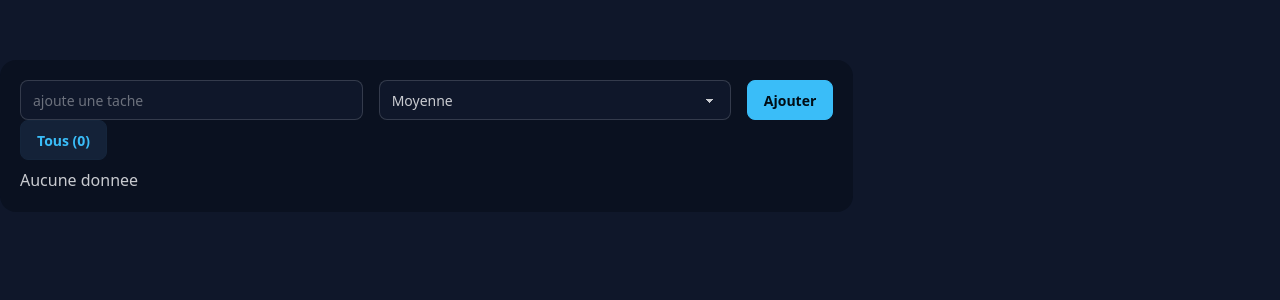
Repository: gradi243/react_ex_tuto
Page: /
These files come from the project's save history. The page is drawn as it stood at one moment and after a run of saves; the edit follows.
The browser window is 1280 px wide. The pictures show the whole page.
The project was rebuilt for these pictures with package versions that can differ from the ones it lists, and the page was loaded fresh each time. Also part of the build but not shown: vite.config.ts, src/TodoItem.tsx.

Above is the page before, as saved 2025-09-14 03:32:56.

### index.html
<!doctype html>
<html lang="en" data-theme="night">
  <head>
    <meta charset="UTF-8" />
    <link rel="icon" type="image/svg+xml" href="/vite.svg" />
    <meta name="viewport" content="width=device-width, initial-scale=1.0" />
    <title>Vite + React + TS</title>
  </head>
  <body>
    <div id="root"></div>
    <script type="module" src="/src/main.tsx"></script>
  </body>
</html>

### src/index.css
@import "tailwindcss";
@plugin "daisyui";

 @plugin "daisyui" {
   themes:night;
 }
/* You can add global styles to this file, and also import other style files */

### src/App.tsx
import { useEffect, useState } from "react";
import TodoItem from "./TodoItem";


type Priority="Urigente"|"Moyenne"|"Basse"

type Todo={
  id: number;
  text:string;
  priority:Priority
}


function App(){
  const[input,setInput]=useState<string>("")
  const[priority,setPriority]= useState<Priority>("Moyenne")


  const savedTodos=localStorage.getItem("todos")
  const  initialTodos=savedTodos?JSON.parse(savedTodos):[]
  const [todos,setTodos]=useState<Todo[]>(initialTodos)

  const [filtere,setFilter]=useState<Priority |"Tous">("Tous")

  useEffect(() => {
    localStorage.setItem("todos",JSON.stringify(todos))
  },[todos])

  function addTodo(){
    if(input.trim()==""){
       return
    }

    const newTodo:Todo={
      id:Date.now(),
      text:input.trim(),
      priority:priority
    }

    const newtodos=[newTodo,...todos]
    setTodos(newtodos)
    setInput("")
    setPriority("Moyenne")
    console.log(newtodos)

  }


  let filteredTodos: Todo[] = [];

    if (filtere === "Tous") {
    filteredTodos = todos;
  } else {
    filteredTodos = todos.filter((todo) => todo.priority === filtere);
  }

  const urigentecount1= todos.filter((todo)=>todo.priority==="Urigente").length
  const moyennecount1= todos.filter((todo)=>todo.priority==="Moyenne").length
  const bassecount1= todos.filter((todo)=>todo.priority==="Basse").length
  const totalcount1=todos.length
  return(
    <div className="flex justify-cente">
      <div className="w-2/3 flex-col gap-4 my-15 bg-base-300 p-5 rounded-2xl">
        <div className="flex gap-4">
          <input
          type="text"
          className="input w-full"
          placeholder="ajoute une tache"
          value={input}
         onChange={(e)=>setInput(e.target.value)}
          />

          <select
          className="select w-full"
          value={priority}
          onChange={(e)=>setPriority(e.target.value as Priority)}
          >
            <option value="Urigente">Urigente</option>
            <option value="Moyenne">Moyenne</option>
            <option value="Basse">Basse</option>
          </select>

          <button onClick={addTodo} className="btn btn-primary">Ajouter</button>
        </div>
        <div className="space-y-2 flex-1 h-fit">
          <div className="flex flex-wrap gap-4">
            <button
              className={`btn btn-soft ${filtere=== "Tous" ? "btn-primary" :""}`}
              onClick={()=> setFilter("Tous")}
            >
              Tous ({totalcount1})
            </button>
          </div>
              {filteredTodos.length > 0 ?(
                <ul className="divide-y divide-primary-20">
                  {filteredTodos.map((todo)=>(
                    <li key={todo.id}>
                      <TodoItem todo={todo}/>
                    </li>
                  ))}
                </ul>
              ):(
                <div>Aucune donnee</div>
              )}
        </div>
      </div>
    </div>
  )
}

export default App

Loaded but not shown: src/main.tsx (common file)

After the next 3 saves:
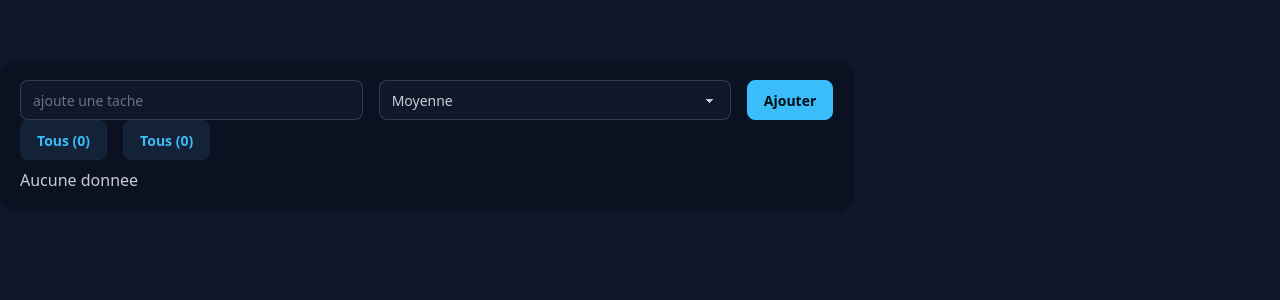
The 3 saves are shown as one change because they came seconds apart.
The last was saved 20 s later.
--- a/src/App.tsx
+++ b/src/App.tsx
@@ -90,6 +90,14 @@
             >
               Tous ({totalcount1})
             </button>
+
+             <button
+              className={`btn btn-soft ${filtere=== "Tous" ? "btn-primary" :""}`}
+              onClick={()=> setFilter("Tous")}
+            >
+              Tous ({totalcount1})
+            </button>
+
           </div>
               {filteredTodos.length > 0 ?(
                 <ul className="divide-y divide-primary-20">
